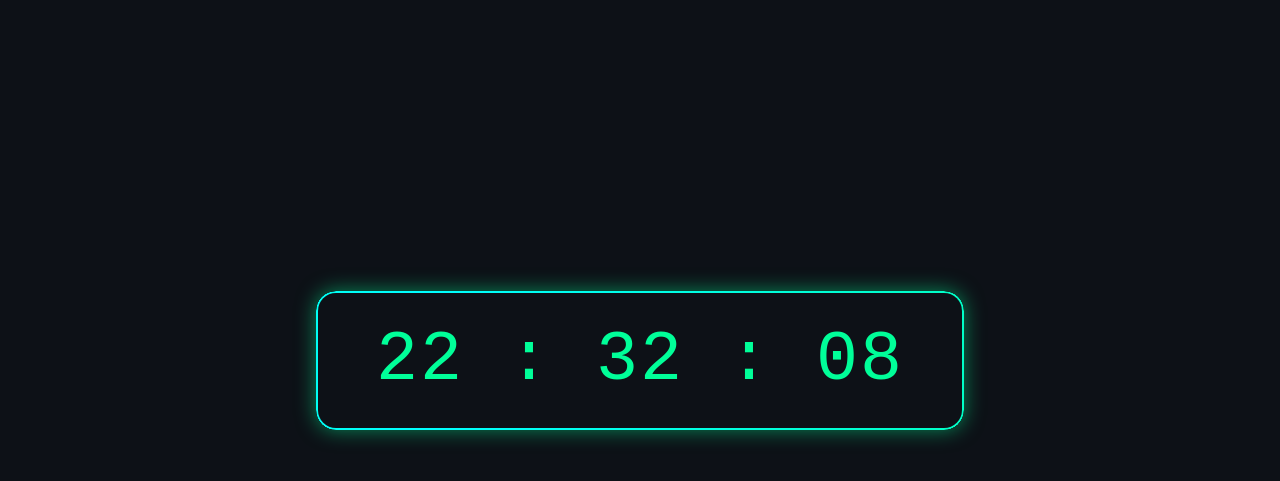
Repository: trunghau06/baiTapJs
Page: index.html
These files come from the project's save history. The page is drawn as it stood at one moment and after the next save; the edit follows.
The browser window is 1280 px wide. The pictures show the whole page.

Above is the page before, as saved 2025-10-20 22:56:15.

### index.html
<!DOCTYPE html>
<html lang="en">
<head>
    <meta charset="UTF-8">
    <meta name="viewport" content="width=device-width, initial-scale=1.0">
    <link rel="stylesheet" href="style.css">
    <title>Document</title>
</head>
<body>
    <div class="showThoiGian">
        <span id="thoiGian"></span>
    </div>
    <script src="main.js"></script>
</body>
</html>

### style.css
body {
  margin: 0;
  height: 100vh;
  display: flex;
  justify-content: center;
  align-items: center;
  background: #0d1117;
  color: #00ff99;
  font-family: monospace;
}

.showThoiGian {
  position: relative;
  font-size: 70px;
  letter-spacing: 2px;
  padding: 30px 60px;
  border-radius: 20px;
  text-align: center;
  overflow: hidden;
  color: #00ff99;
  box-shadow: 0 0 20px rgba(0, 255, 153, 0.5);
}

/* Thêm lớp giả để tạo hiệu ứng viền chạy */
.showThoiGian::before {
  content: "";
  position: absolute;
  inset: 0;
  border-radius: 20px;
  padding: 2px; /* độ dày viền */
  background: linear-gradient(90deg, #00ff99, #00ffff, #00ff99);
  background-size: 300% 300%;
  animation: chayvien 3s linear infinite;
  -webkit-mask:
    linear-gradient(#fff 0 0) content-box,
    linear-gradient(#fff 0 0);
  -webkit-mask-composite: xor;
          mask-composite: exclude;
  z-index: -1;
}

/* Animation di chuyển ánh sáng */
@keyframes chayvien {
  0% { background-position: 0% 50%; }
  50% { background-position: 100% 50%; }
  100% { background-position: 0% 50%; }
}

### main.js
function showThoiGian() {
    let thoiGianHienTai = new Date();

    let gio  = thoiGianHienTai.getHours();
    let phut = thoiGianHienTai.getMinutes();
    let giay = thoiGianHienTai.getSeconds();

    gio  = formatNumber(gio);
    phut = formatNumber(phut);
    giay = formatNumber(giay);

    document.getElementById("thoiGian").textContent = gio + " : " + phut + " : " + giay;

    // setTimeout(showThoiGian, 1000);
}

function formatNumber(number) {
    return number < 10 ? "0" + number : String(number);
}

showThoiGian();

setInterval(showThoiGian, 1000);

After the next save:
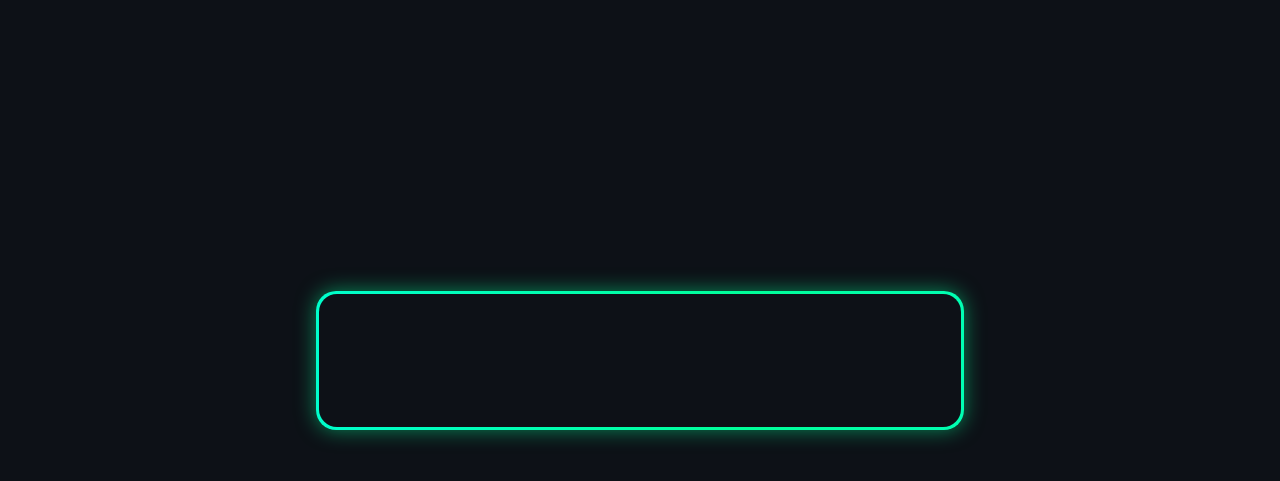
Saved 55 s later.
--- a/style.css
+++ b/style.css
@@ -16,32 +16,50 @@ body {
   padding: 30px 60px;
   border-radius: 20px;
   text-align: center;
-  overflow: hidden;
   color: #00ff99;
   box-shadow: 0 0 20px rgba(0, 255, 153, 0.5);
+  overflow: hidden;
 }
 
-/* Thêm lớp giả để tạo hiệu ứng viền chạy */
+/* Viền động chạy sáng */
 .showThoiGian::before {
   content: "";
   position: absolute;
-  inset: 0;
+  top: -2px;
+  left: -2px;
+  right: -2px;
+  bottom: -2px;
+  background: linear-gradient(
+    90deg,
+    #00ff99,
+    #00ffff,
+    #00ff99,
+    #00ffff
+  );
+  background-size: 400% 400%;
   border-radius: 20px;
-  padding: 2px; /* độ dày viền */
-  background: linear-gradient(90deg, #00ff99, #00ffff, #00ff99);
-  background-size: 300% 300%;
+  z-index: -1;
   animation: chayvien 3s linear infinite;
-  -webkit-mask:
-    linear-gradient(#fff 0 0) content-box,
-    linear-gradient(#fff 0 0);
-  -webkit-mask-composite: xor;
-          mask-composite: exclude;
-  z-index: -1;
 }
 
-/* Animation di chuyển ánh sáng */
 @keyframes chayvien {
-  0% { background-position: 0% 50%; }
-  50% { background-position: 100% 50%; }
-  100% { background-position: 0% 50%; }
+  0% {
+    background-position: 0% 50%;
+  }
+  50% {
+    background-position: 100% 50%;
+  }
+  100% {
+    background-position: 0% 50%;
+  }
 }
+
+/* Giữ nền tối bên trong */
+.showThoiGian::after {
+  content: "";
+  position: absolute;
+  inset: 3px;
+  background: #0d1117;
+  border-radius: 18px;
+  z-index: 0;
+}
